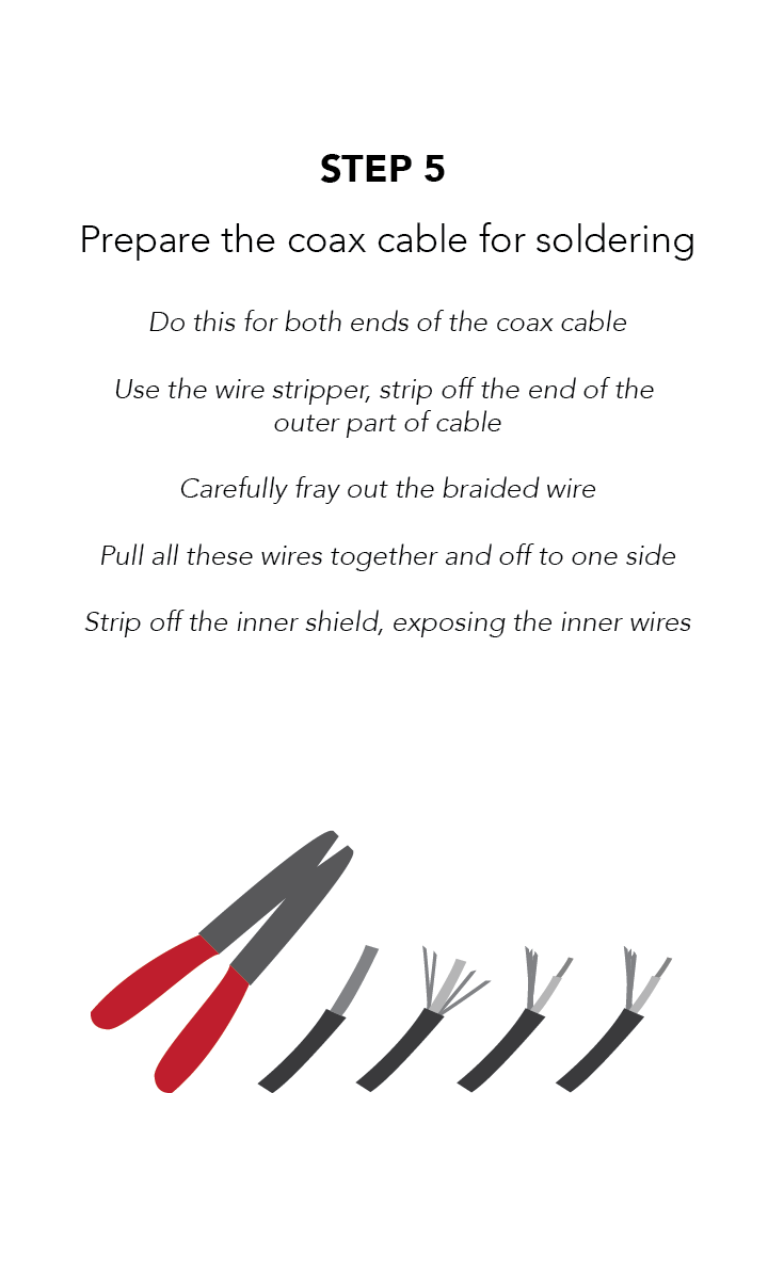
Repository: sbobhate/Android-Applications
Layout: EWBProject/res/layout/fragment_page6.xml
The author's editor kept a copy of each file at every save. The layout is drawn from the files as they stood at one save, then again after the next save.
It is drawn on a 768 x 1280 px phone screen (xhdpi) without system bars, with theme AppTheme; the app's code is not run.

Above is the layout before, as saved 2014-02-22 13:51:45.

After the next save:
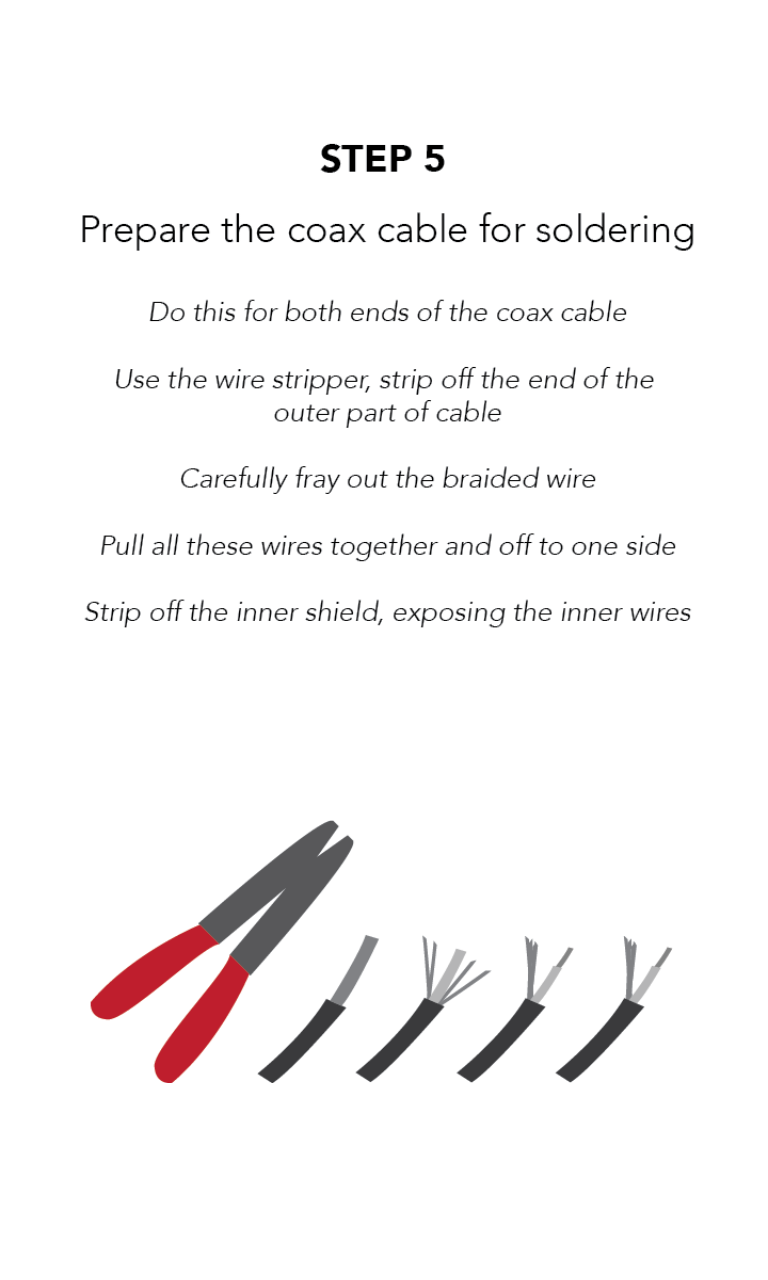
Saved 42 s later.
--- a/EWBProject/res/layout/fragment_page6.xml
+++ b/EWBProject/res/layout/fragment_page6.xml
@@ -9,7 +9,7 @@
         android:contentDescription="@string/step5_tutorial"
         android:layout_width="fill_parent"
         android:layout_height="wrap_content"
-        android:layout_marginTop="25dp"
+        android:layout_marginTop="20dp"
         />
 
     <ImageView
